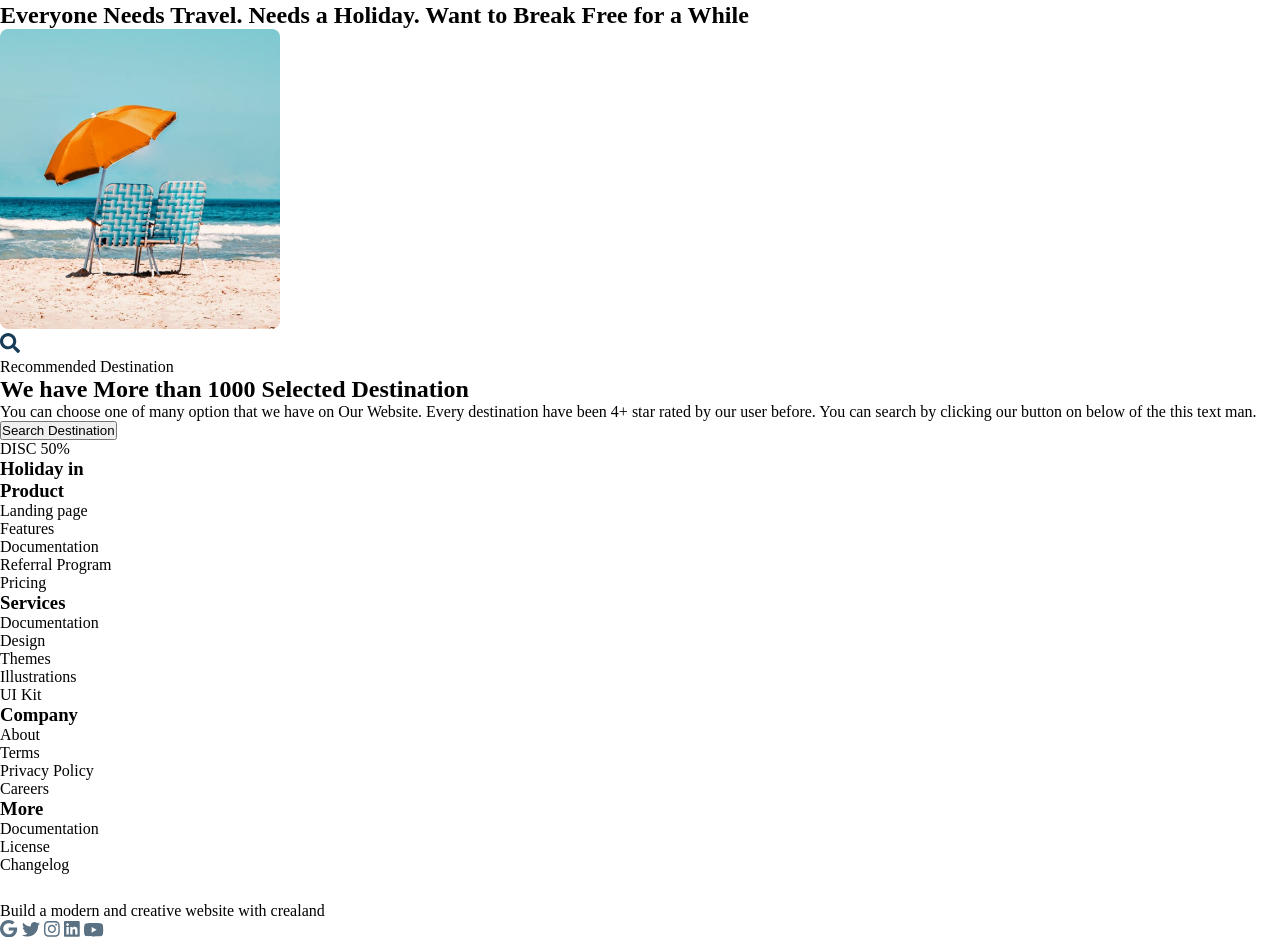
Repository: daviHmoraes/frontcomtailwind
Page: index.html
These files come from the project's save history. The page is drawn as it stood at one moment and after a run of saves; the edit follows.
The browser window is 1280 px wide. The pictures show the part of the page from y = 3904 to 4845 px (the page is 4845 px tall).
A picture or video elsewhere on the page could not be fetched, so the positions and the page height are approximate.

Above is the page before, as saved 2026-08-31 18:23:34.

After the next 2 saves:
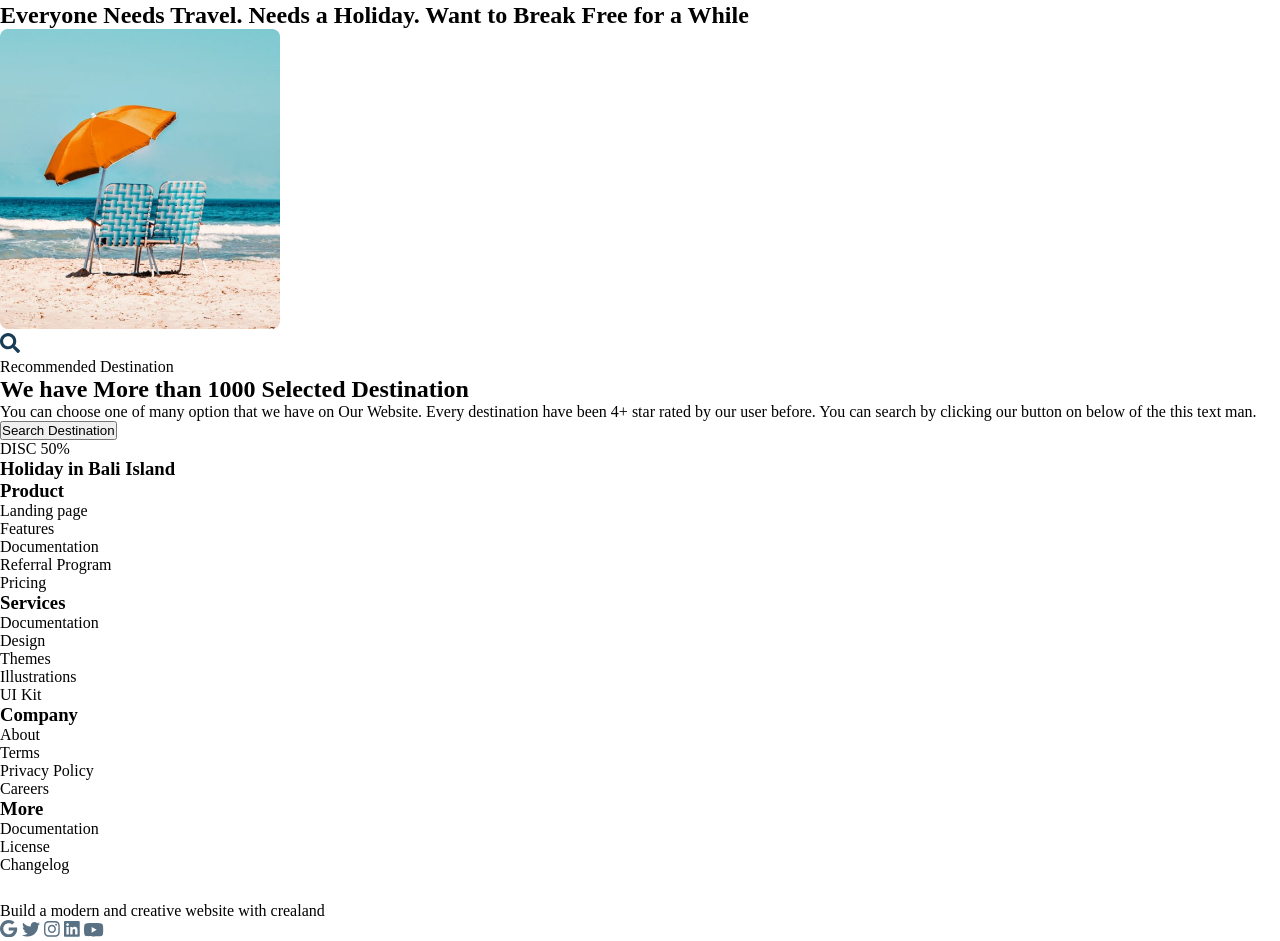
The 2 saves are shown as one change because they came seconds apart.
The last was saved 7 s later.
--- a/index.html
+++ b/index.html
@@ -302,8 +302,9 @@
             <div class="holiday-card">
                 <span class="discount">DISC 50%</span>
                 <h3>
-                    Holiday in
+                    Holiday in Bali Island
                 </h3>
+                <p></p>
             </div>
 
         </section>
